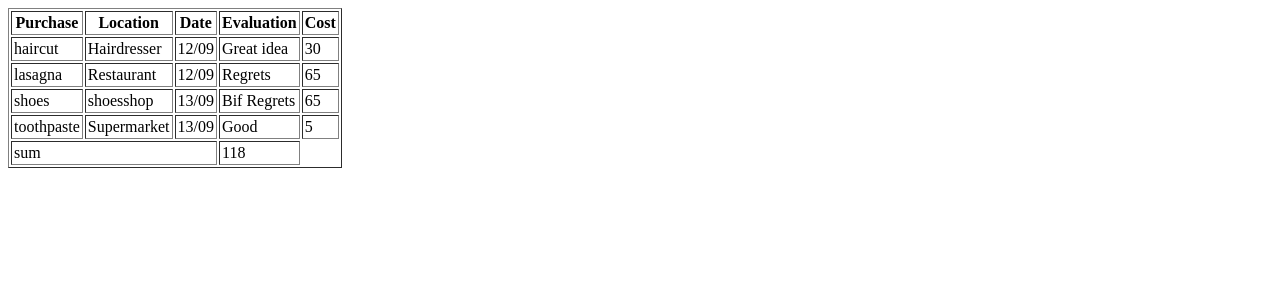
Repository: wakoya-tech/Node.js
Page: Desktop/Node-js/okey.html
An editor plug-in stored every save of this project. The page is shown before and after the next save, followed by the edit.
The browser window is 1280 px wide. The pictures show the whole page.

Above is the page before, as saved 2025-11-13 11:50:50.

After the next save:
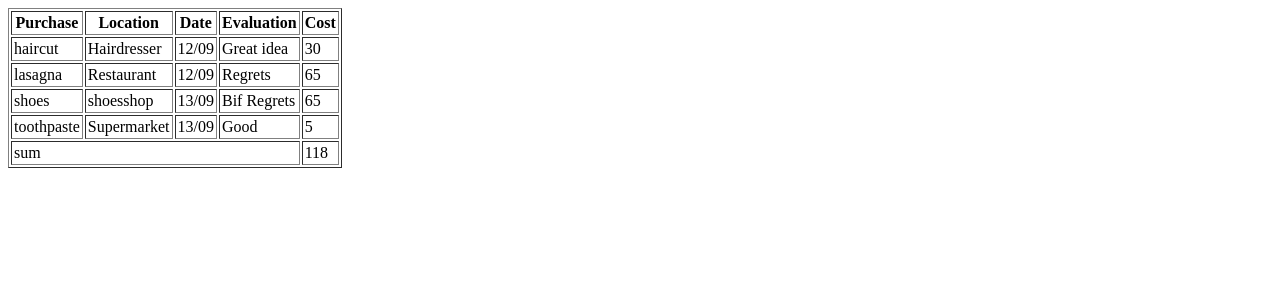
Saved 10 s later.
--- a/Desktop/Node-js/okey.html
+++ b/Desktop/Node-js/okey.html
@@ -39,7 +39,7 @@
         <td> 5</td>
       </tr>
       <tr>
-       <td colspan="3" rowspan="4">sum</td> <td>118</td>
+       <td colspan="4" rowspan="4">sum</td> <td>118</td>
       </tr>
     </table>
 </body>
